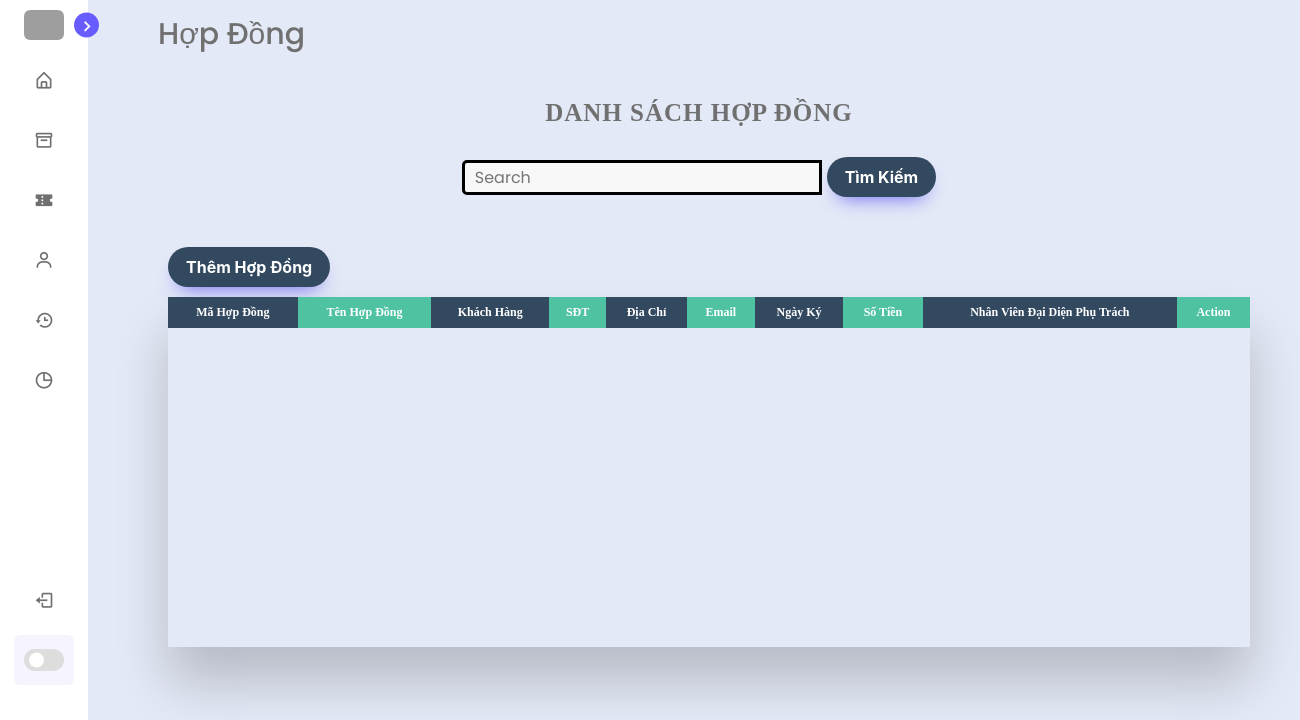
Repository: JeffDaveHudson/CapstoneProject
Page: http://localhost/CapstoneProject/revenuedetailbyquarter4
The author's editor kept a copy of each file at every save. The page is drawn from the files as they stood at one save, then again after the next save.
The browser window is 1280 px wide. The page is 1300 px wide, so the pictures cover 1300 px, including what lies to the right of the window. The pictures show the whole page.
Pictures or frames that could not be fetched are drawn as grey boxes. The page is served by Tomcat 9. Queries for data that is not in the repository find no rows.

Above is the page before, as saved 2023-06-14 10:30:33.

After the next save:
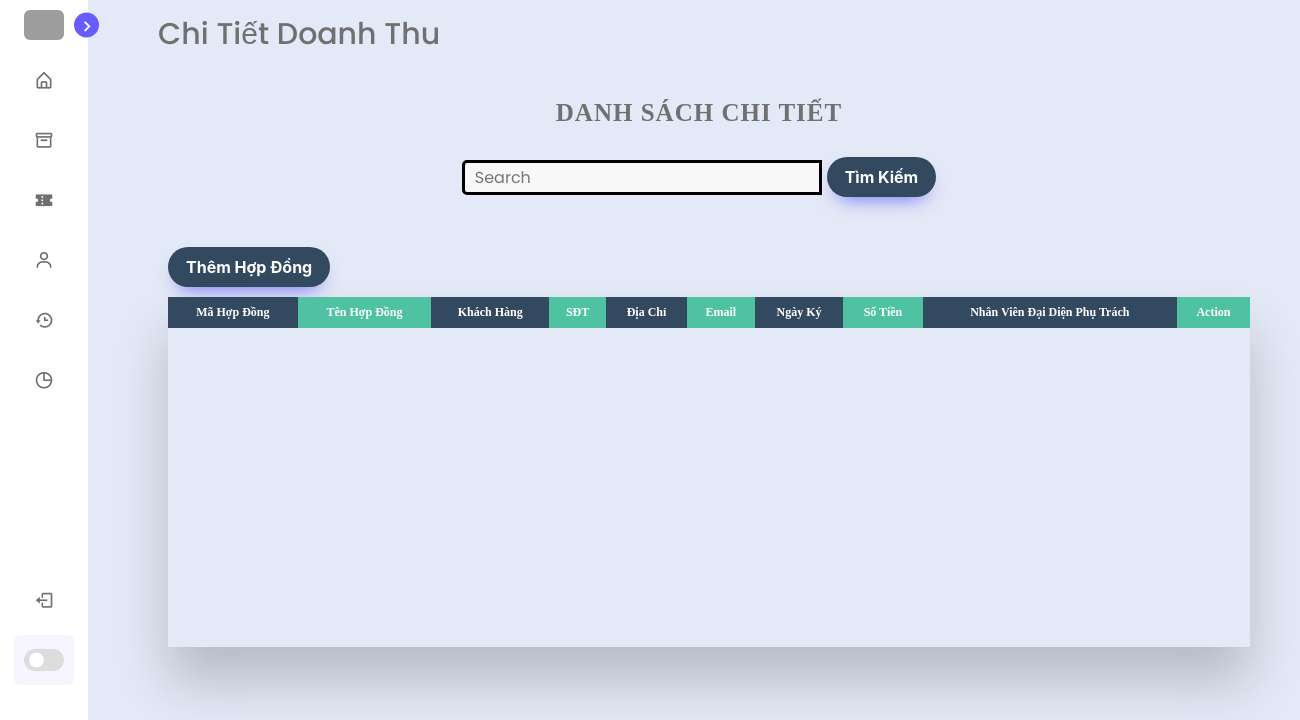
Saved 25 s later.
--- a/CapstoneProject/src/main/webapp/admin/RevenueDetail.jsp
+++ b/CapstoneProject/src/main/webapp/admin/RevenueDetail.jsp
@@ -42,8 +42,8 @@
 <body>
 	<jsp:include page="navbar.jsp" />
 	<section class="home">
-		<div class="text">Hợp Đồng</div>
-		<h2 class="banner ">Danh Sách Hợp Đồng</h2>
+		<div class="text">Chi Tiết Doanh Thu</div>
+		<h2 class="banner ">Danh Sách Chi Tiết</h2>
 
 		<form class="searchform" action="contractsearch" method="post">
 			<div class="searchbar">
